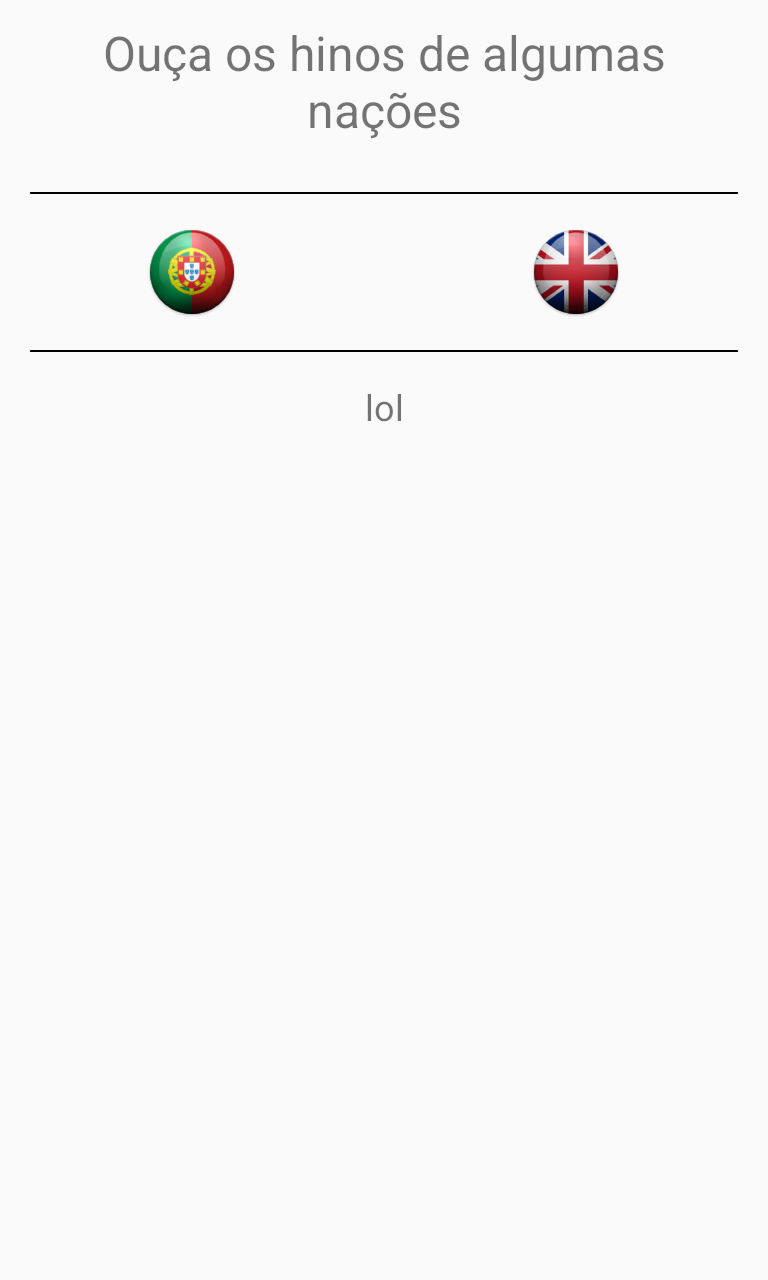
Repository: gokugohan/ddm
Layout: Aula20141117/res/layout/activity_flags.xml
These files come from the project's save history. The layout is drawn as it stood at one moment and after the next save; the edit follows.
It is drawn on a 768 x 1280 px phone screen (xhdpi) without system bars, with theme AppTheme; the app's code is not run.

Above is the layout before, as saved 2014-11-17 12:01:18.

### Aula20141117/res/layout/activity_flags.xml
<LinearLayout xmlns:android="http://schemas.android.com/apk/res/android"
    xmlns:tools="http://schemas.android.com/tools"
    android:layout_width="match_parent"
    android:layout_height="match_parent"
    android:orientation="vertical" >

    <TextView
        android:id="@+id/id_tv_sobre_app"
        android:layout_width="match_parent"
        android:layout_height="wrap_content"
        android:textSize="24sp"
        android:gravity="center"
        android:layout_margin="10dp"
        android:text="@string/str_sobre_app" />

     <View android:layout_width="match_parent"
        android:layout_height="1dp"
        android:layout_margin="15dp"
        android:background="@color/solid_black"/>

    <LinearLayout
        android:id="@+id/linearLayout1"
        android:layout_width="match_parent"
        android:layout_height="wrap_content"
        android:orientation="horizontal" >

        <ImageButton
            android:id="@+id/id_ib_flag_pt"
            android:layout_width="0dp"
            android:layout_height="wrap_content"
            android:layout_weight="1"
            android:contentDescription="@string/str_sobre_pt"
            android:background="@null"
            android:src="@drawable/flag_pt2" />

        <ImageButton
            android:id="@+id/id_ib_flag_uk"
            android:layout_width="0dp"
            android:layout_height="wrap_content"
            android:layout_weight="1"
            android:contentDescription="@string/str_sobre_uk"
            android:background="@null"
            android:src="@drawable/flag_uk2" />
    </LinearLayout>

    <View android:layout_width="match_parent"
        android:layout_height="1dp"
        android:layout_margin="15dp"
        android:background="@color/solid_black"/>

    <TextView
        android:id="@+id/id_tv_info"
        android:layout_width="match_parent"
        android:layout_height="wrap_content"
        android:gravity="center"
        android:textSize="18sp"
        android:text="@string/str_tv_info" />

</LinearLayout>

### Aula20141117/res/values/strings.xml
<?xml version="1.0" encoding="utf-8"?>
<resources>

    <string name="app_name">Aula20141117</string>
    <string name="hello_world">Hello world!</string>
    <string name="action_settings">Settings</string>



    <string name="str_sobre_app">Ouça os hinos de algumas nações</string>
    <string name="str_sobre_pt">Bandeira de Portugal</string>
    <string name="str_sobre_uk">Bandeira do Reino Unido</string>
    <string name="str_tv_info">lol</string>

</resources>

### Aula20141117/res/values/colors.xml
<?xml version="1.0" encoding="utf-8"?>
<resources>
    <color name="solid_white">#ffffffff</color>
    <color name="solid_black">#ff000000</color>
</resources>

### Aula20141117/res/drawable/flag_pt2.xml
<?xml version="1.0" encoding="utf-8"?>
<selector xmlns:android="http://schemas.android.com/apk/res/android" >


    <item android:state_pressed="true"
        android:drawable="@drawable/flag_pt_pressed" />

    <item
        android:state_focused="true"
        android:drawable="@drawable/flag_pt_focused"
         />

    <item

        android:drawable="@drawable/flat_pt"
        />

</selector>

### Aula20141117/res/drawable/flag_uk2.xml
<?xml version="1.0" encoding="utf-8"?>
<selector xmlns:android="http://schemas.android.com/apk/res/android" >


    <item android:state_pressed="true"

        android:drawable="@drawable/flag_uk_pressed_pixelexp" />

    <item
        android:state_focused="true"

        android:drawable="@drawable/flag_uk_focused_radial"
         />

    <item

        android:drawable="@drawable/flat_uk"
        />

</selector>

Loaded but not shown: Aula20141117/res/values/styles.xml (common file); Aula20141117/res/values-v11/styles.xml (common file); Aula20141117/res/values-v14/styles.xml (common file)

After the next save:
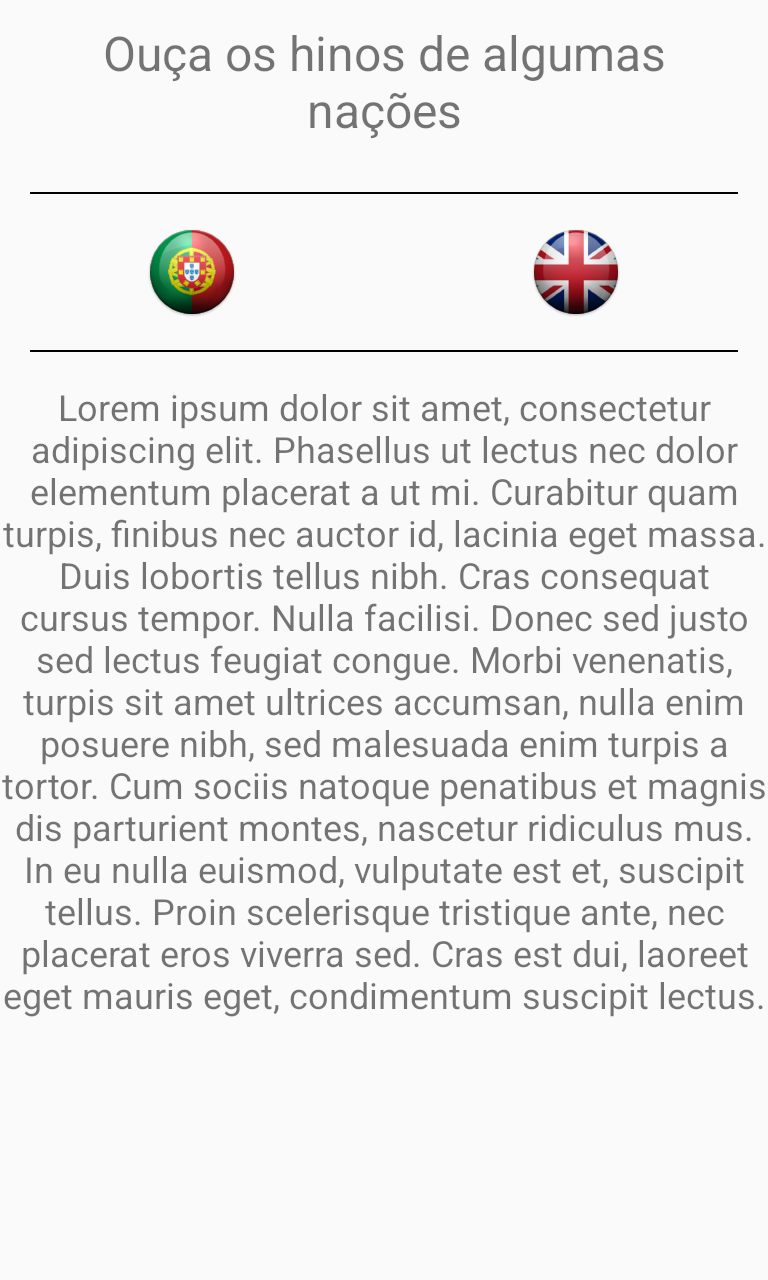
Saved 36 s later.
--- a/Aula20141117/res/values/strings.xml
+++ b/Aula20141117/res/values/strings.xml
@@ -10,6 +10,6 @@
     <string name="str_sobre_app">Ouça os hinos de algumas nações</string>
     <string name="str_sobre_pt">Bandeira de Portugal</string>
     <string name="str_sobre_uk">Bandeira do Reino Unido</string>
-    <string name="str_tv_info">lol</string>
+    <string name="str_tv_info">Lorem ipsum dolor sit amet, consectetur adipiscing elit. Phasellus ut lectus nec dolor elementum placerat a ut mi. Curabitur quam turpis, finibus nec auctor id, lacinia eget massa. Duis lobortis tellus nibh. Cras consequat cursus tempor. Nulla facilisi. Donec sed justo sed lectus feugiat congue. Morbi venenatis, turpis sit amet ultrices accumsan, nulla enim posuere nibh, sed malesuada enim turpis a tortor. Cum sociis natoque penatibus et magnis dis parturient montes, nascetur ridiculus mus. In eu nulla euismod, vulputate est et, suscipit tellus. Proin scelerisque tristique ante, nec placerat eros viverra sed. Cras est dui, laoreet eget mauris eget, condimentum suscipit lectus.</string>
 
 </resources>
